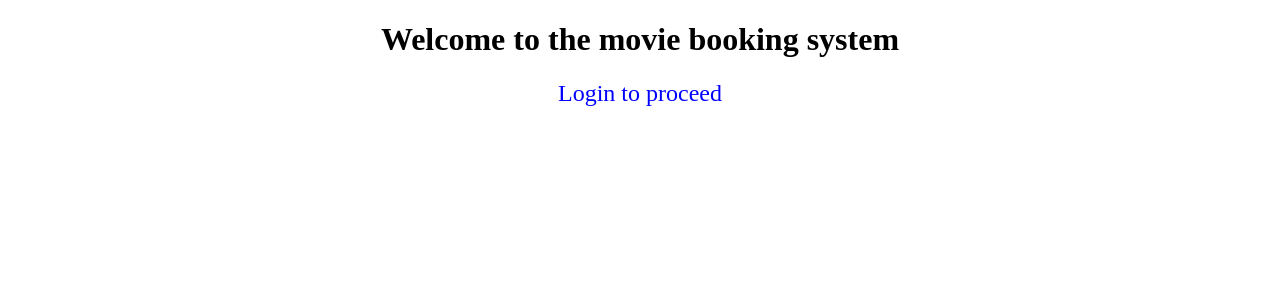
Repository: shesha1096/Java-Programs
Page: http://localhost/MovieTicketBooking/
The author's editor kept a copy of each file at every save. The page is drawn from the files as they stood at one save, then again after the next save.
The browser window is 1280 px wide. The pictures show the whole page.
The page is served by Tomcat 9.

Above is the page before, as saved 2018-07-21 06:16:14.

After the next save:
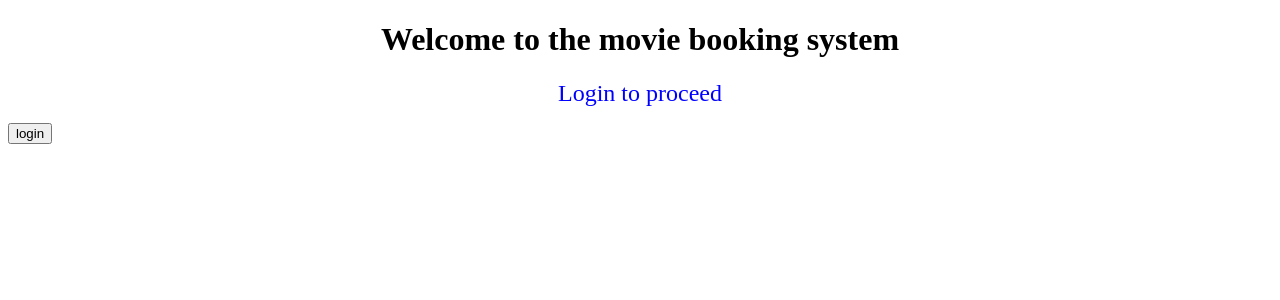
Saved 2 min 40 s later.
--- a/MovieTicketBooking/WebContent/index.jsp
+++ b/MovieTicketBooking/WebContent/index.jsp
@@ -9,5 +9,8 @@
 <body>
 <h1 style="text-align:center"> Welcome to the movie booking system</h1>
 <p style="text-align:center"><font size="5" color="blue" > Login to proceed</font></p>
+<form action="/fs">
+<input type="submit" name="action" value="login"/>
+</form>
 </body>
 </html>
